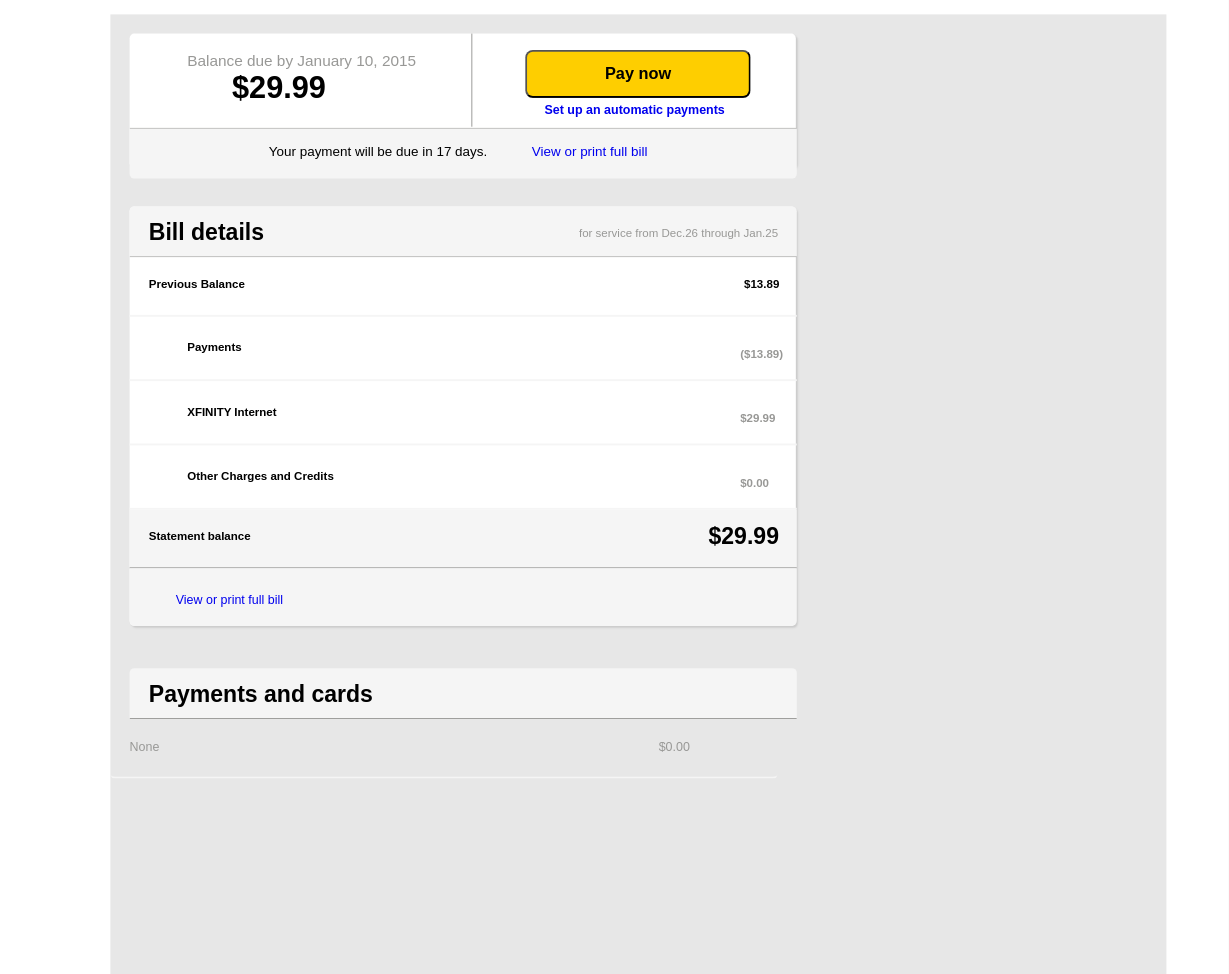
Repository: Sakivaday/UI-TSQ
Page: Aptana Studio 3 Workspace/tsq/assignment3/comcast2.html
The author's editor kept a copy of each file at every save. The page is drawn from the files as they stood at one save, then again after the next save.
The browser window is 1280 px wide. The pictures show the whole page, at 96% of full size.
Pictures or frames that could not be fetched are drawn as grey boxes.

Above is the page before, as saved 2015-01-22 00:06:30.

### Aptana Studio 3 Workspace/tsq/assignment3/comcast2.html
<!DOCTYPE html>
<html lang="en">
	<head>


		<title>comcast2</title>
		<link href="comcst2.css" rel="stylesheet" type="text/css" media="all"/>
	</head>

	<body>
		<div class="bigbox">
			<div class="topleft1">

				<div class="cash">
					<p>Balance due by January 10, 2015</p>
					<h1>$29.99</h1>
				</div>
				<div class="pay">
					<button>Pay now</button>
					<a href="#">Set up an automatic payments</a>
				</div>
				<div class="days">
					<ul><li>
					<p>Your payment will be due in 17 days.
					<a href="#">View or print full bill</a></p>
				</li></ul>
				</div>
				</div>

			<div class="topleft2">
				<div class="billdetails">
					<h2>Bill details</h2>
					<div class="questionmark"></div>
					<p>for service from Dec.26 through Jan.25</p>
				</div>
			<div class="previousbalance">
				<p id="pb">Previous Balance</p>
				<p id="cc">$13.89</p>
			</div>
			<div class="rectbox1">
				<ul>
					<li>
						<div class="arrow"><p class="lft">Payments</p>
						</div>
						<p class="bill">($13.89)</p>
					</li></ul></div>

			<div class="rectbox1">	<ul>    <li>
						<div class="arrow"><p class="lft">XFINITY Internet</p>
						</div>
						<p class="bill">$29.99</p>
			</li></ul></div>
			<div class="rectbox1"><ul>		<li>
						<div class="arrow"><p class="lft">Other Charges and Credits</p>
						</div>
						<p class="bill">$0.00</p>
			</li></ul></div>
		<div class="statement">
					<p id="sb">Statement balance</p>
					<h2 id="p">$29.99</h2>
				</div>
				<div class="lst">
				<div class="pd">
					<a href="#">View or print full bill</a>
				</div></div>
			</div>
		<div class="payments">
					<h2>Payments and cards</h2>
					<div class="questionmark"></div>
				</div>
		<div class="none">
				<p id="no">None</p>
				<p id="cash">$0.00</p>
			</div>










		</div>



	</body>
</html>

### Aptana Studio 3 Workspace/tsq/assignment3/comcst2.css
*{
	padding:0px;
	margin:0px;
	font-family: "Arial";
	text-decoration: none;
	list-style: none;
}
.bigbox {
	width:1100px;
	height: 1000px;
	margin-left:115px;
	margin-top: 15px;
	background-color: #e7e7e7;
}
.topleft1{
	width: 694px;
	height: 140px;
	background-color: white;
	box-shadow: 2px 2px 2px #cacaca;
	border-radius: 5px;
	margin-left: 20px;
	margin-top: 20px;
	display: inline-block;
}
.cash{
	float:left;
	margin-left: 30px;
	margin-top:20px;
	width: 47%;
}
.cash p{
	color: #989896;
	margin-left: 30px;
}
.cash h1{
	text-align: center;
	margin-left: -75px;
}
button{
	background-color: #fece00;
	width: 235px;
	height: 50px;
	border-radius: 8px;
	font-weight: bold;
	font-size: 17px;
	float:left;
	margin-left: 55px;
	margin-top: 17px;
}
.pay a{
	font-size: 13px;
	font-weight:600;
	margin-left: 75px;
	padding-top: 5px;
	padding-bottom: 10px;
	display: inline-block;
}
.pay{
	width: 47%;
	float:left;
	border-left: 1px solid #989896;
}
.days{
	background-color: #F5F5F5;
	border-top: 1px solid #989896;
	height: 52px;
	width: 695px;
	margin-top: 98px;
	border-radius: 0px 0px 5px 5px;
}
.days ul li p{
	margin-left: 145px;
	margin-top: 16px;
	font-size: 14px;
}
.days ul li a{
	font-size:14px;
	margin-left: 274px;
    display:inherit;
    margin-top: -17px;
}
.pdf{
	margin-left: 500px;
	margin-top: 16px;
	font-size: 14px;
}
.topleft2{
	width: 694px;
	background-color: white;
	box-shadow: 2px 2px 2px #cacaca;
	border-radius: 5px;
	margin-left: 20px;
	margin-top: 40px;
	display: inline-block;
}
.billdetails{
    background-color: #F5F5F5;
	border-bottom: 1px solid #989896;
	height: 52px;
	width: 695px;
	border-radius: 5px 5px 0px 0px;
}
.billdetails h2{
	margin-top: 13px;
	margin-left: 20px;
	float: left;
}
.questionmark{
	background: url('pictures/sprite.png') no-repeat;
	width:14px;
	height:14px;
	background-position: -200px -1300px;
	float: left;
	margin-top: 21px;
	margin-left: 10px;
}
.billdetails p{
	margin-top: -14px;
	margin-left: 328px;
	float:left;
	font-size: 12px;
	color: #989896;
}
.previousbalance{
	border-bottom: 2px solid #F5F5F5;
	height: 60px;
	width: 695px;
}
#pb{
	margin-left:20px;
	margin-top: 21px;
	font-weight:600;
	float:left;
	font-size: 12px;
}
#cc{
	margin-left:520px;
	margin-top: 21px;
	font-weight:600;
	float: left;
	font-size: 12px;
}
.arrow{
	background: url('pictures/sprite.png') no-repeat;
	width:23px;
	height:23px;
	background-position: -101px -500px;
	float: left;
	margin-top: 21px;
	margin-left: 20px;
}
.lft{
	float: left;
	margin-top: 4px;
	margin-left: 40px;
	font-weight:600;
	font-size: 12px;
	width: 160px;
}
.bill{
	float: left;
	margin-top: -12px;
	margin-left: 636px;
	font-weight:600;
	font-size: 12px;
	color: #989896;
	display:inline-block;
}
.rectbox1{
	border-bottom: 2px solid #F5F5F5;
	height: 65px;
	width: 695px;
}
.statement{
	border-bottom: 1px solid #989896;
	height: 60px;
	width: 695px;
	background-color: #F5F5F5;
}
#sb{
	margin-left:20px;
	margin-top: 21px;
	font-weight:600;
	float:left;
	font-size: 12px;
}
#p{
	margin-left: 603px;
	margin-top: -21px;
	float: left;
}
.lst{
	height: 60px;
	width: 695px;
	background-color: #F5F5F5;
	border-radius: 0px 0px 5px 5px;
}
.pd{
	background: url('pictures/sprite.png') no-repeat;
	width:22px;
	height:27px;
	background-position: -252px -300px;
	float: left;
	margin-top: 21px;
	margin-left: 10px;
}
.lst .pd a{
	float: left;
	margin-left: 38px;
	margin-top: 4px;
	font-size: 13px;
	width: 140px;
}
.payments{
    background-color: #F5F5F5;
	border-bottom: 1px solid #989896;
	height: 52px;
	width: 695px;
	border-radius: 5px 5px 0px 0px;
	margin-left:20px;
	margin-top: 40px;
}
.payments h2{
	margin-top: 13px;
	margin-left: 20px;
	float: left;
}
.questionmark{
	background: url('pictures/sprite.png') no-repeat;
	width:14px;
	height:14px;
	background-position: -200px -1300px;
	float: left;
	margin-top: 21px;
	margin-left: 10px;
}
.none{
	border-bottom: 2px solid #F5F5F5;
	height: 60px;
	width: 695px;
	border-radius: 0px 0px 5px 5px;
}
#no{
	margin-left:20px;
	margin-top: 21px;
	color:#989896;
	float:left;
	font-size: 13px;
}
#cash{
	margin-left:520px;
	margin-top: 21px;
	color:#989896;
	float: left;
	font-size: 13px;
}

After the next save:
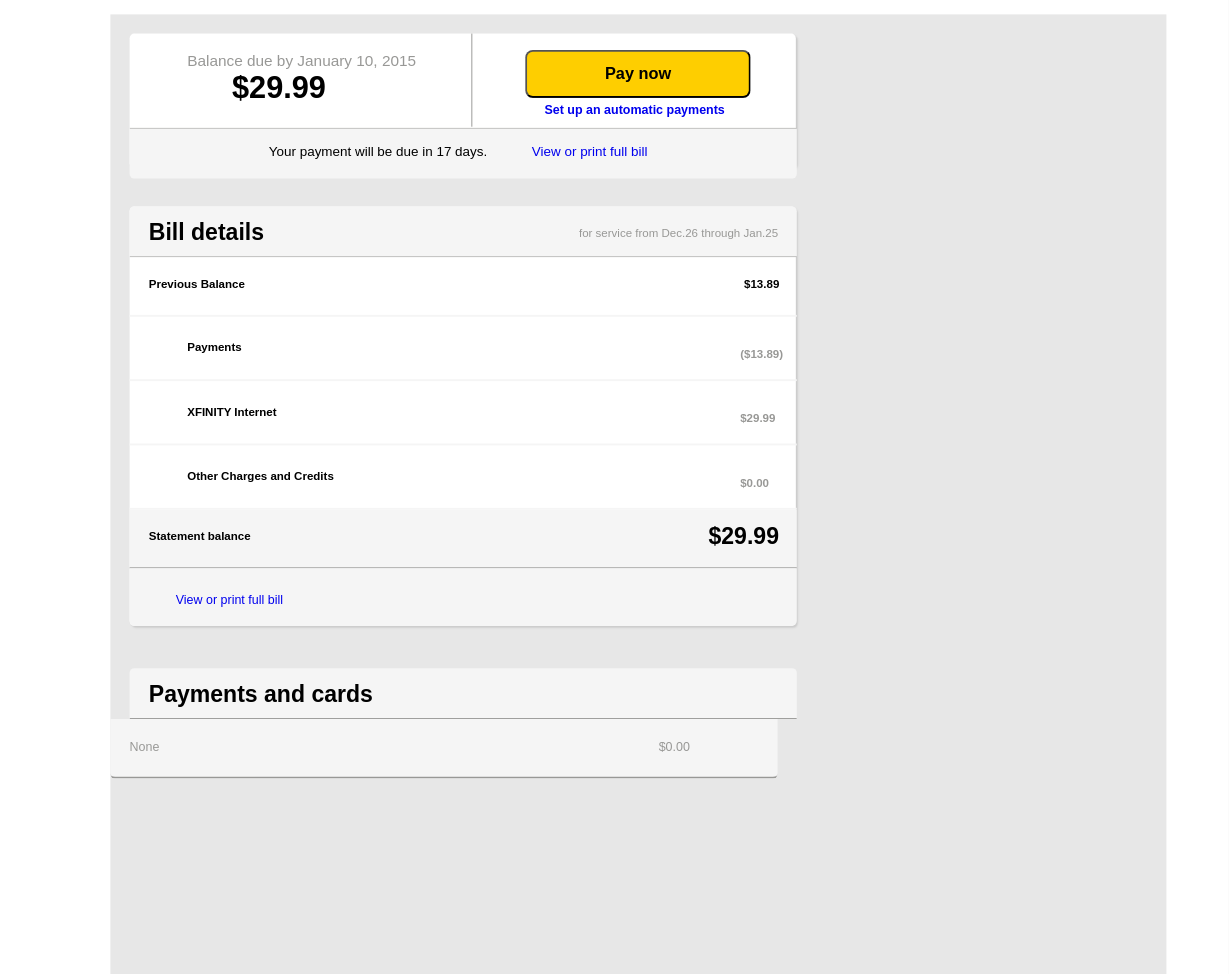
Saved 58 s later.
--- a/Aptana Studio 3 Workspace/tsq/assignment3/comcst2.css
+++ b/Aptana Studio 3 Workspace/tsq/assignment3/comcst2.css
@@ -235,7 +235,8 @@ button{
 	margin-left: 10px;
 }
 .none{
-	border-bottom: 2px solid #F5F5F5;
+	background-color: #F5F5F5;
+	border-bottom: 2px solid #989896;
 	height: 60px;
 	width: 695px;
 	border-radius: 0px 0px 5px 5px;
